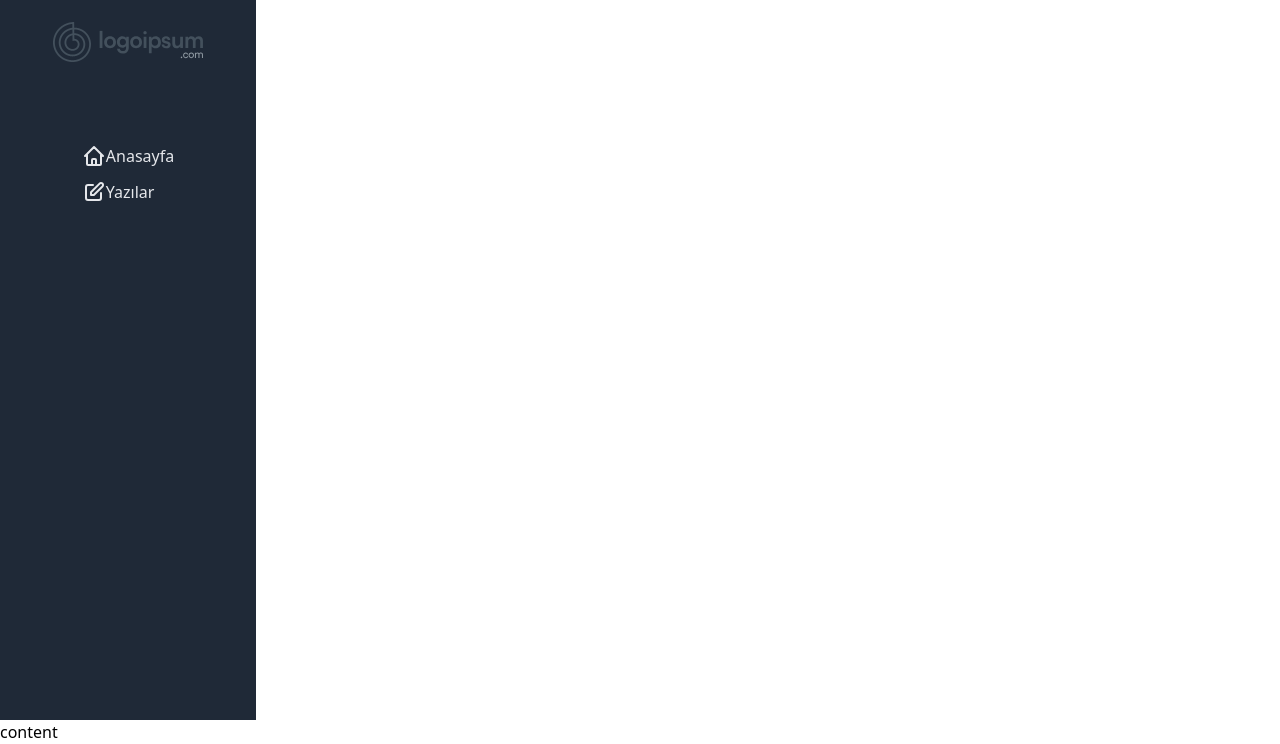
Repository: daskafa/Lavue-ui
Page: /admin
These files come from the project's save history. The page is drawn as it stood at one moment and after the next save; the edit follows.
The browser window is 1280 px wide. The pictures show the whole page.
The project was rebuilt for these pictures with package versions that can differ from the ones it lists, and the page was loaded fresh each time. Also part of the build but not shown: src/views/Homepage.vue.

Above is the page before, as saved 2022-02-21 23:19:59.

### src/views/Dashboard.vue
<template>
    <Sidebar />
</template>

<script>
import Sidebar from '@/components/Sidebar'

export default {
    name: 'Dashboard',
    components: {
        Sidebar,
    }
}
</script>

### src/components/Sidebar.vue
<template>
<div class="grid grid-cols-10">
    <div class="col-span-2 h-screen bg-gray-800">
        <div class="mt-5">
            <Logo />
        </div>
        <div class="mt-20 flex justify-center sidebar-menu-items">
            <ul>
                <li>
                    <svg xmlns="http://www.w3.org/2000/svg" class="h-6 w-6" fill="none" viewBox="0 0 24 24" stroke="currentColor"><path stroke-linecap="round" stroke-linejoin="round" stroke-width="2" d="M3 12l2-2m0 0l7-7 7 7M5 10v10a1 1 0 001 1h3m10-11l2 2m-2-2v10a1 1 0 01-1 1h-3m-6 0a1 1 0 001-1v-4a1 1 0 011-1h2a1 1 0 011 1v4a1 1 0 001 1m-6 0h6" /></svg>
                    <span>Anasayfa</span>
                </li>
                <li class="mt-3">
                    <svg xmlns="http://www.w3.org/2000/svg" class="h-6 w-6" fill="none" viewBox="0 0 24 24" stroke="currentColor"><path stroke-linecap="round" stroke-linejoin="round" stroke-width="2" d="M11 5H6a2 2 0 00-2 2v11a2 2 0 002 2h11a2 2 0 002-2v-5m-1.414-9.414a2 2 0 112.828 2.828L11.828 15H9v-2.828l8.586-8.586z" /></svg>
                    <span>Yazılar</span>
                </li>
            </ul>
        </div>
    </div>
    <div class="col-span-10 p-50">content</div>
</div>


    <!-- <router-link :to="{ name: 'Dashboard' }"><span class="text-sm ml-2">Dashboard</span></router-link> -->
    <!-- <router-link :to="{name: 'About'}"><span class="text-sm ml-2">About</span></router-link> -->

    <!-- <Content /> -->
</template>

<script>
// import Content from './Content.vue'
import Logo from './Logo'
export default {
    name: "Sidebar",
    components: {
        Logo
        // Content
    },
    data() {
        return {
            moved: true,
        };
    },
    methods: {
        sidebarHandler() {
            var sideBar = document.getElementById("mobile-nav");
            sideBar.style.transform = "translateX(-260px)";
            if (this.$data.moved) {
                sideBar.style.transform = "translateX(0px)";
                this.$data.moved = false;
            } else {
                sideBar.style.transform = "translateX(-260px)";
                this.$data.moved = true;
            }
        },
    },
};
</script>
<style scoped>
    .sidebar-menu-items li{
        display: flex;
    }
    .sidebar-menu-items li svg,
    .sidebar-menu-items li span{
        color: #e5e7eb;
    }
</style>

Loaded but not shown: public/index.html (common file); src/main.js (common file); src/App.vue (common file); src/index.css (common file); tailwind.config.js (common file); src/router/index.js (31 lines, source omitted); src/components/Logo.vue (3 lines, source omitted)

After the next save:
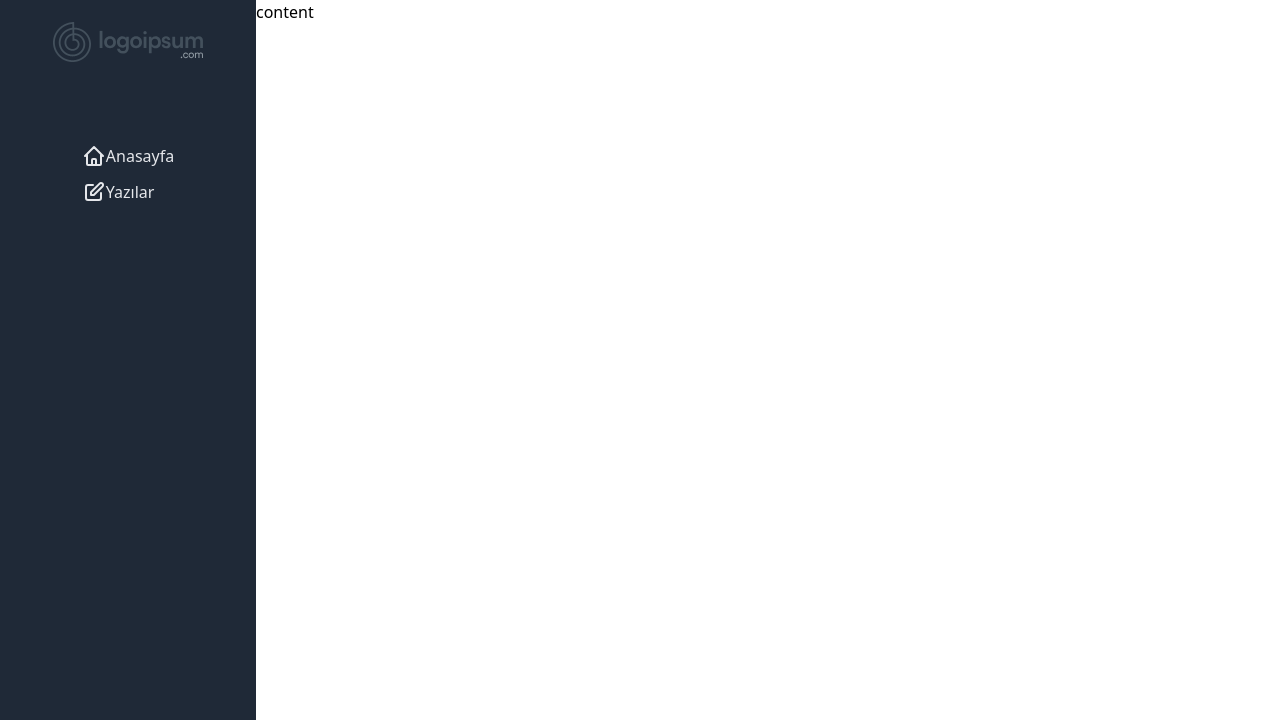
Saved 15 s later.
--- a/src/components/Sidebar.vue
+++ b/src/components/Sidebar.vue
@@ -17,7 +17,7 @@
             </ul>
         </div>
     </div>
-    <div class="col-span-10 p-50">content</div>
+    <div class="col-span-8 p-50">content</div>
 </div>
 
 
